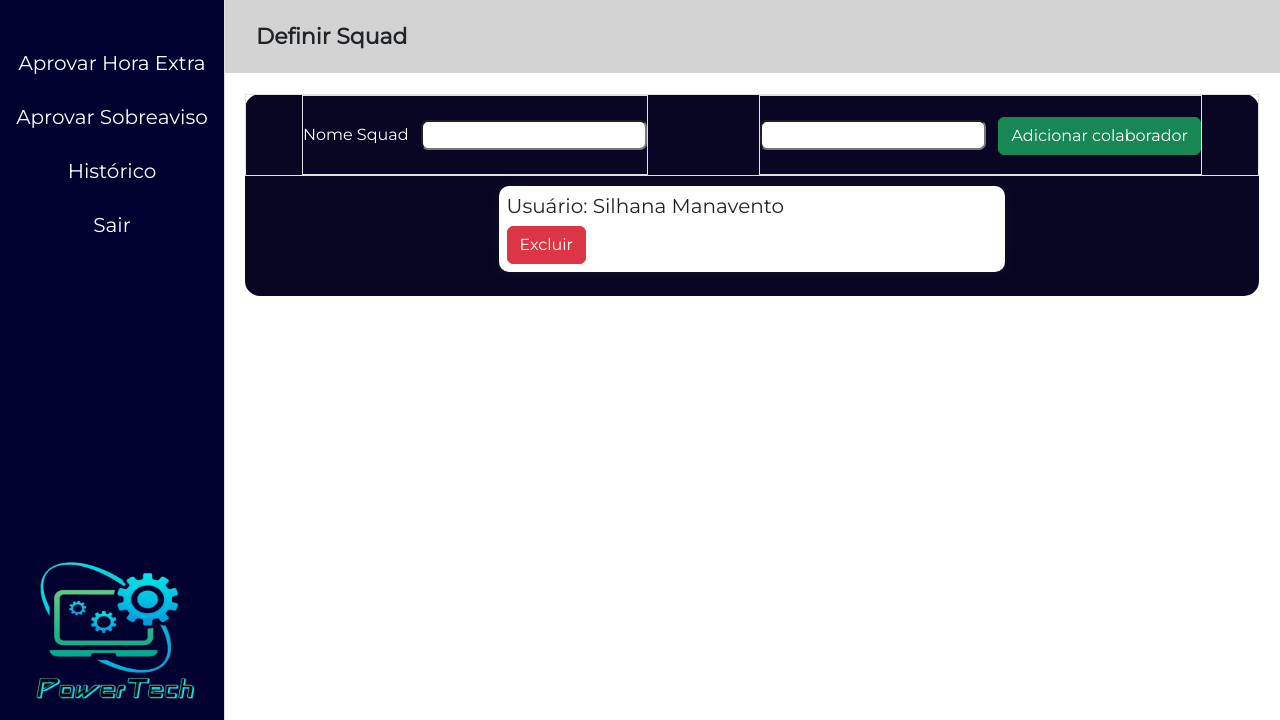
Repository: PowerTech-Fatec/API-2RP-NET
Page: /adm/squad (app in Sprint 3/2rp-web/)
These files come from the project's save history. The page is drawn as it stood at one moment and after the next save; the edit follows.
The browser window is 1280 px wide. The pictures show the whole page.
The project was rebuilt for these pictures with package versions that can differ from the ones it lists, and the page was loaded fresh each time. Also part of the build but not shown: Sprint 3/2rp-web/src/pages/login/login.js, Sprint 3/2rp-web/src/pages/home/dashboard.js, Sprint 3/2rp-web/src/pages/home/sobreaviso/sobreaviso.css, Sprint 3/2rp-web/src/pages/home/sobreaviso/sobreaviso.js, Sprint 3/2rp-web/src/pages/home/hora-extra/hora-extra.css, Sprint 3/2rp-web/src/pages/home/hora-extra/hora-extra.js, Sprint 3/2rp-web/src/components/cards/Cards.js, Sprint 3/2rp-web/src/pages/home/gestor/aprovar-hora-extra/gestor.js and 3 more.

Above is the page before, as saved 2022-11-02 16:39:34.

After the next save:
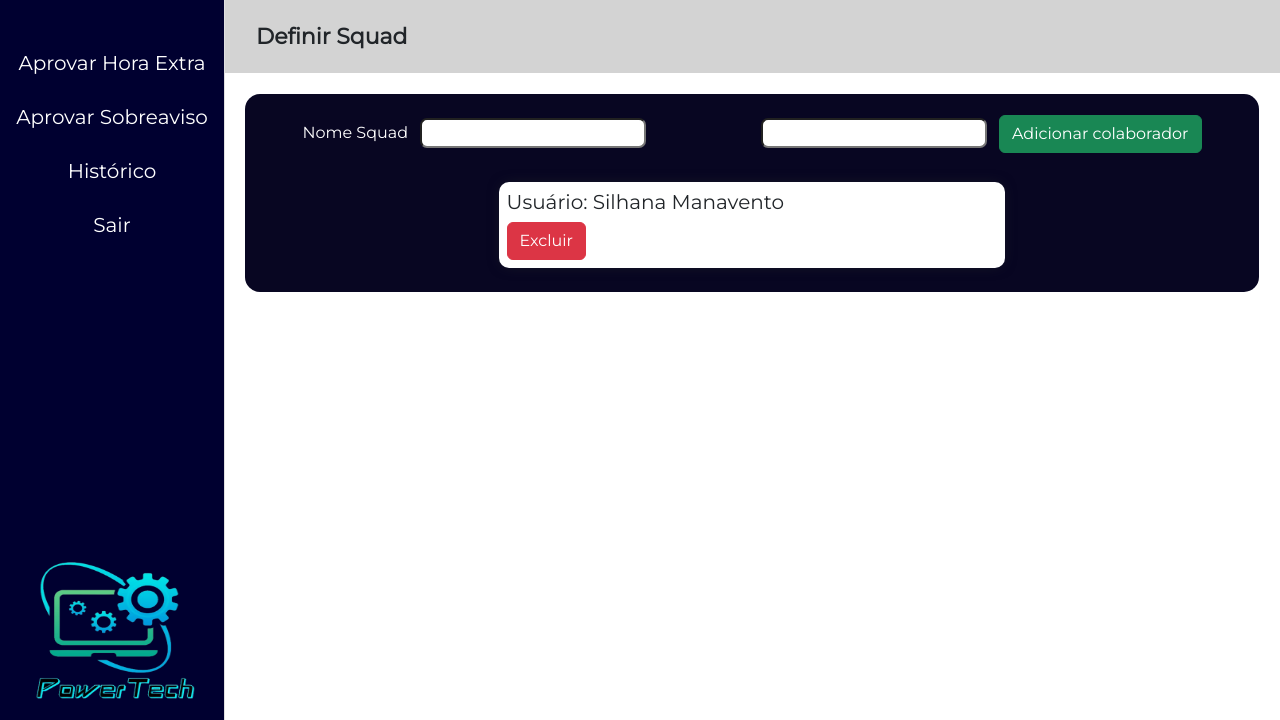
Saved 42 s later.
--- a/Sprint 3/2rp-web/src/pages/home/adm/squad/def-squad.js
+++ b/Sprint 3/2rp-web/src/pages/home/adm/squad/def-squad.js
@@ -15,8 +15,8 @@ function Squad() {
           <div className="background d-flex flex-column aling-itens-center">
 
             <div>
-            <div className="border col-12 d-flex justify-content-around">
-            <div className="border d-flex justify-content-center">
+            <div className="col-12 d-flex justify-content-around">
+            <div className="d-flex justify-content-center">
             <span>
             <label className="font">Nome Squad</label> <input className="squad-name mt-4 mb-4 ml-2"></input>
             </span>
@@ -25,7 +25,7 @@ function Squad() {
 
 
 
-            <div className="border d-flex justify-content-center">
+            <div className="d-flex justify-content-center">
             <span>
             <input className="squad-name mt-4 mb-4"></input><button type="button" class="btn btn-success ml-3">Adicionar colaborador</button>
             </span>
